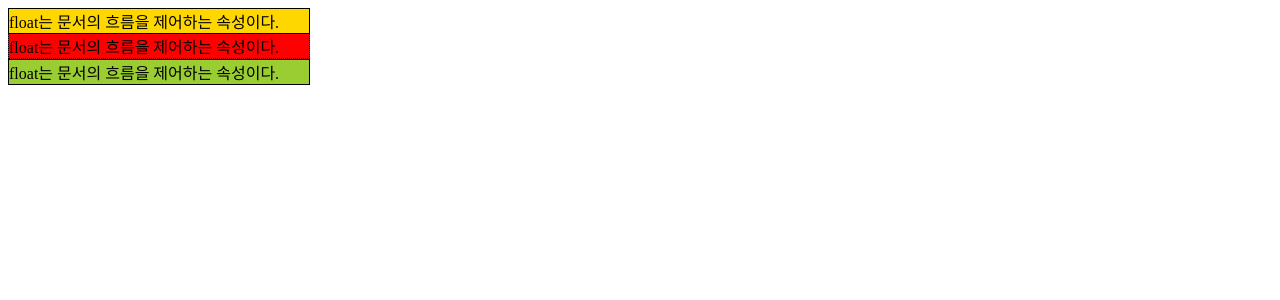
Repository: snowcuphea/webwork_class
Page: clientweb/WebContent/css/css_float_test01.html
An editor plug-in stored every save of this project. The page is shown before and after the next save, followed by the edit.
The browser window is 1280 px wide. The pictures show the whole page.

Above is the page before, as saved 2020-01-06 01:23:24.

After the next save:
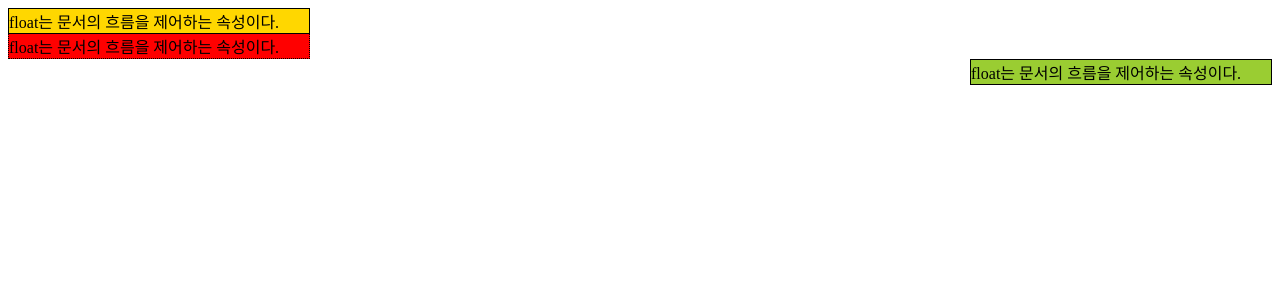
Saved 40 s later.
--- a/clientweb/WebContent/css/css_float_test01.html
+++ b/clientweb/WebContent/css/css_float_test01.html
@@ -15,11 +15,13 @@
 		border : dotted 1px black;
 		background-color: red;
 		width : 300px;
+		float : center;
 	}
 	#mydiv03{
 		border : solid 1px black;
 		background-color: yellowgreen;
 		width : 300px;
+		float : right;
 	}
 
 </style>

After the save that followed:
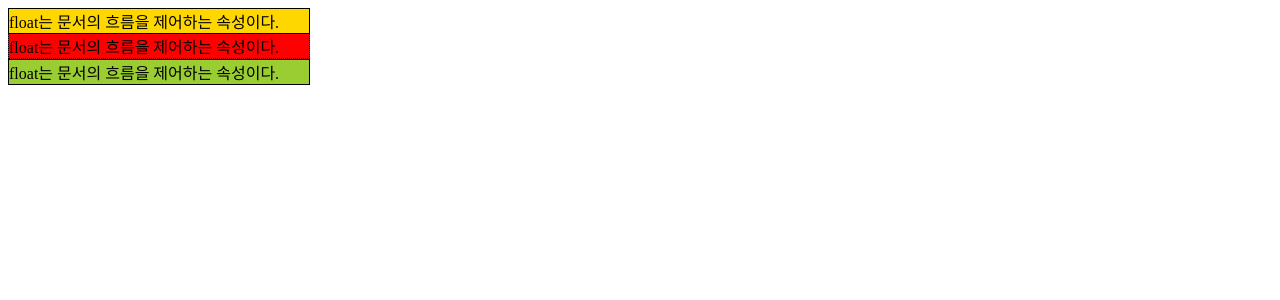
Saved 7 s later.
--- a/clientweb/WebContent/css/css_float_test01.html
+++ b/clientweb/WebContent/css/css_float_test01.html
@@ -15,13 +15,13 @@
 		border : dotted 1px black;
 		background-color: red;
 		width : 300px;
-		float : center;
+
 	}
 	#mydiv03{
 		border : solid 1px black;
 		background-color: yellowgreen;
 		width : 300px;
-		float : right;
+
 	}
 
 </style>
